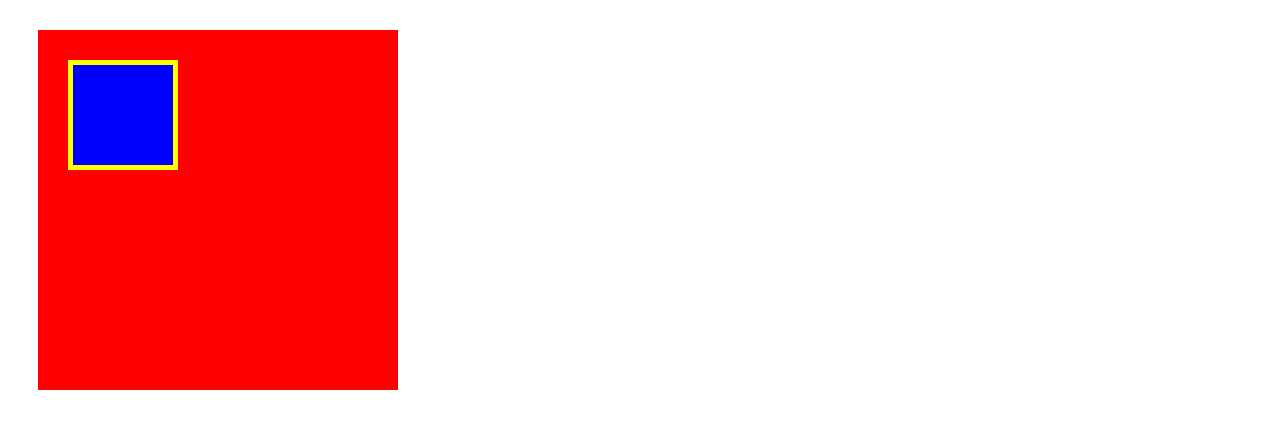
Repository: mitoma99/task4
Page: box/box.html
The author's editor kept a record of every edit. The page is drawn from the files as they stood at one moment, then again after the next edit.
The browser window is 1280 px wide. The pictures show the whole page.

Above is the page before.

After the next edit:
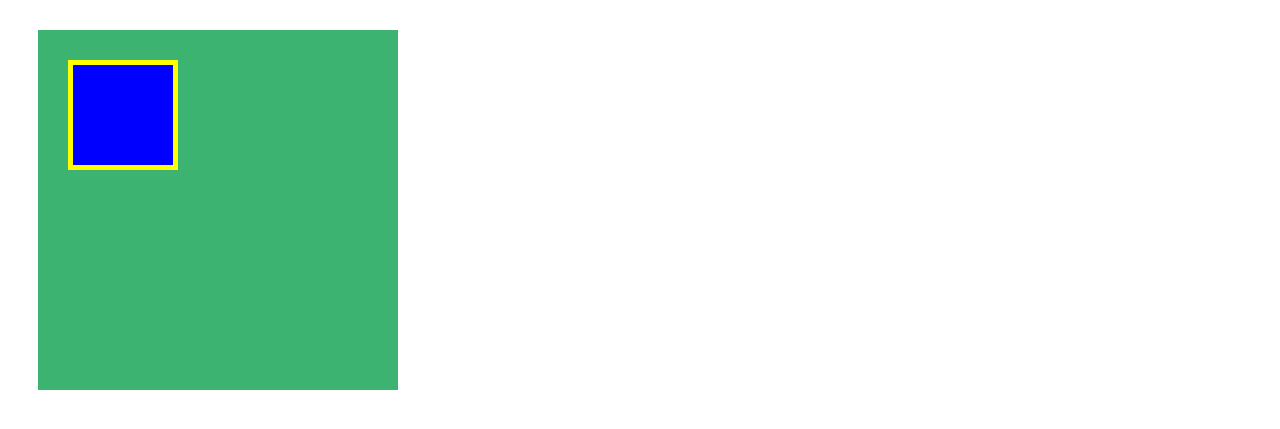
The edit:
--- a/box/box.css
+++ b/box/box.css
@@ -1,7 +1,7 @@
 .box1 {
   width:300px;
   height:300px;
-  background-color:red;
+  background-color:#3cb371;
   margin:30px;
   padding:30px;
 }
